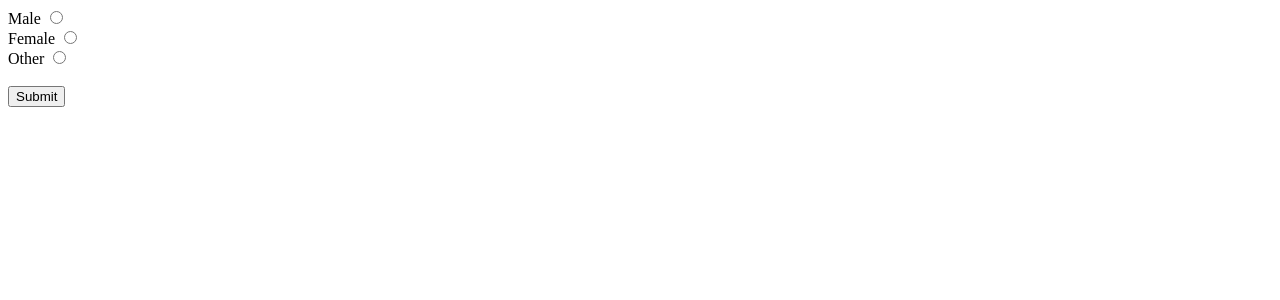
Repository: sumankumar1pe/Test111
Page: LoginPageDemo/WebContent/registration_page.html
The author's editor kept a copy of each file at every save. The page is drawn from the files as they stood at one save, then again after the next save.
The browser window is 1280 px wide. The pictures show the whole page.

Above is the page before, as saved 2016-12-19 05:04:28.

After the next save:
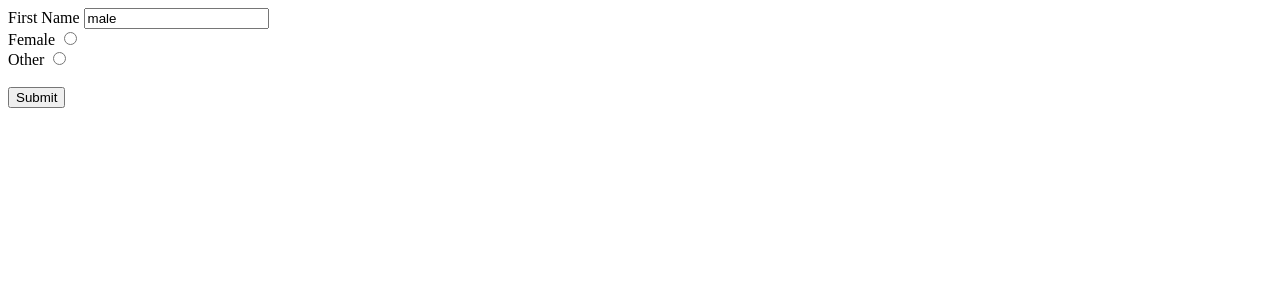
Saved 99 s later.
--- a/LoginPageDemo/WebContent/registration_page.html
+++ b/LoginPageDemo/WebContent/registration_page.html
@@ -6,8 +6,8 @@
 </head>
 <body>
 <form action="demo_form.asp">
-  <label for="male">Male</label>
-  <input type="radio" name="gender" id="male" value="male"><br>
+  <label for="m">First Name</label>
+  <input type="text" name="gender" id="m" value="male"><br>
   <label for="female">Female</label>
   <input type="radio" name="gender" id="female" value="female"><br>
   <label for="other">Other</label>
